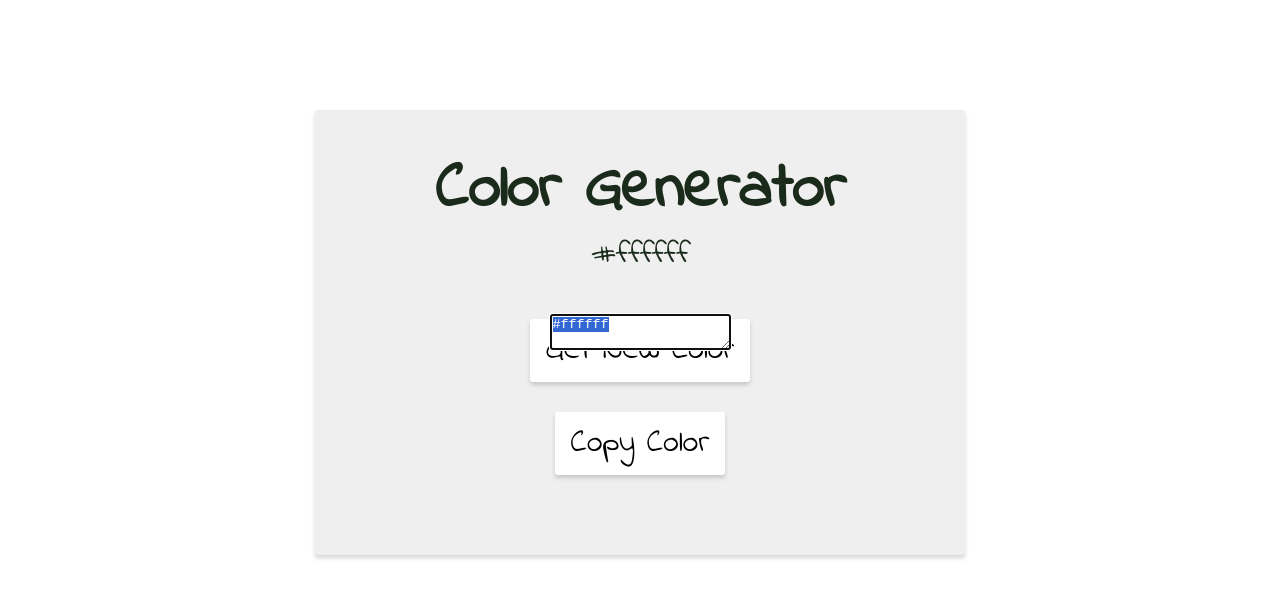
Repository: codimis/JSB-01-Color-Changer
Page: index.html
These files come from the project's save history. The page is drawn as it stood at one moment and after the next save; the edit follows.
The browser window is 1280 px wide. The pictures show the whole page.
After loading, the first visible `#copyColor` was clicked once.

Above is the page before, as saved 2021-09-17 02:25:40.

### index.html
<!DOCTYPE html>
<html lang="en">
<head>
    <meta charset="UTF-8">
    <meta http-equiv="X-UA-Compatible" content="IE=edge">
    <meta name="viewport" content="width=device-width, initial-scale=1.0">
    <title>Color Generator</title>
    <link rel="stylesheet" href="style.css" />
    <script defer src="color.js"></script>
</head>
<body>
    <div class="container">
        <h1>Color Generator</h1>
        <p id="currentColor">#ffffff</p>
        <button id="pickColor" onclick="setColor()">Get New Color</button>
        <button id="copyColor" onclick="copyColor()">Copy Color</button></div>
</body>
</html>

### style.css
@import url('https://fonts.googleapis.com/css2?family=Indie+Flower&display=swap');

:root {
    --color-dark: #1b2b1b;
    --color-light: #efefef;
}

body {
    color: var(--color-dark);
    display: grid;
    font-family: "Indie Flower", sans-serif;
    font-size: 2.5rem;
    min-height: 90vh;
    min-width: 90vw;
    place-items: center;
}

.container {
    align-items: center;
    background-color: var(--color-light);
    border-radius: 3px;
    box-shadow: 0 3px 4px rgba(50, 50, 50, .2);
    display: flex;
    flex-direction: column;
    padding: 2em 3em;
    position: relative;
}

.alert {
    position: absolute;
    top: -50px;
    background-color: var(--color-light);
    padding: 8px 12px;
    box-shadow: 0 3px 4px rgba(50, 50, 50, .2);
}

.alert::after {
    border-color: var(--color-light) transparent transparent transparent;
    border-style: solid;
    border-width: 7px 7px 0 7px;
    bottom: -7px;
    content: "";
    left: 50%;
    position: absolute;
    transform: translateX(-50%);
}

h1 {
    font-size: 4rem;
    line-height: 1px;
    margin: 0;
    padding: 0;
}

#currentColor {
    text-align: center;
    font-size: 2rem;
    line-height: 2;
}

#pickColor, #copyColor {
    border: 0;
    outline: 0;
    background-color: #fff;
    font-family: "Indie Flower",sans-serif;
    font-size: 2rem;
    padding: 8px 16px;
    cursor: pointer;
    border-radius: 3px;
    box-shadow: 0 3px 4px rgba(50, 50, 50, .2);
}

#copyColor {
    margin-top: 30px;
}

#pickColor:active, #copyColor:active {
    box-shadow: none;
    color: var(--color-dark);
 }

### color.js
const currentColor = document.querySelector('#currentColor')
const container = document.querySelector('.container')
const body = document.body

const getHex = () => {
    let color = '#'
    let primaryColorNumber = 3
    let randomRGBNumber
    for( let i= 1;i<=primaryColorNumber;i++){
        randomRGBNumber = Math.round(Math.random()*255)
        if(randomRGBNumber.length==1){
            randomRGBNumber= "0"+randomRGBNumber
        }
        color += randomRGBNumber.toString(16)
    }
    return color
}

const setColor = () => {
    let color = getHex()
    currentColor.textContent= color
    currentColor.style.color = color
    body.style.backgroundColor = color
}

const copyColor = () => {
    let color = currentColor.innerText
    const tempTextArea = document.createElement('textarea')
    tempTextArea.value = color
    tempTextArea.setAttribute('readonly','')
    tempTextArea.style.position = 'absolute'
    document.body.appendChild(tempTextArea)
    tempTextArea.select()
    document.execCommand('copy')
}

After the next save:
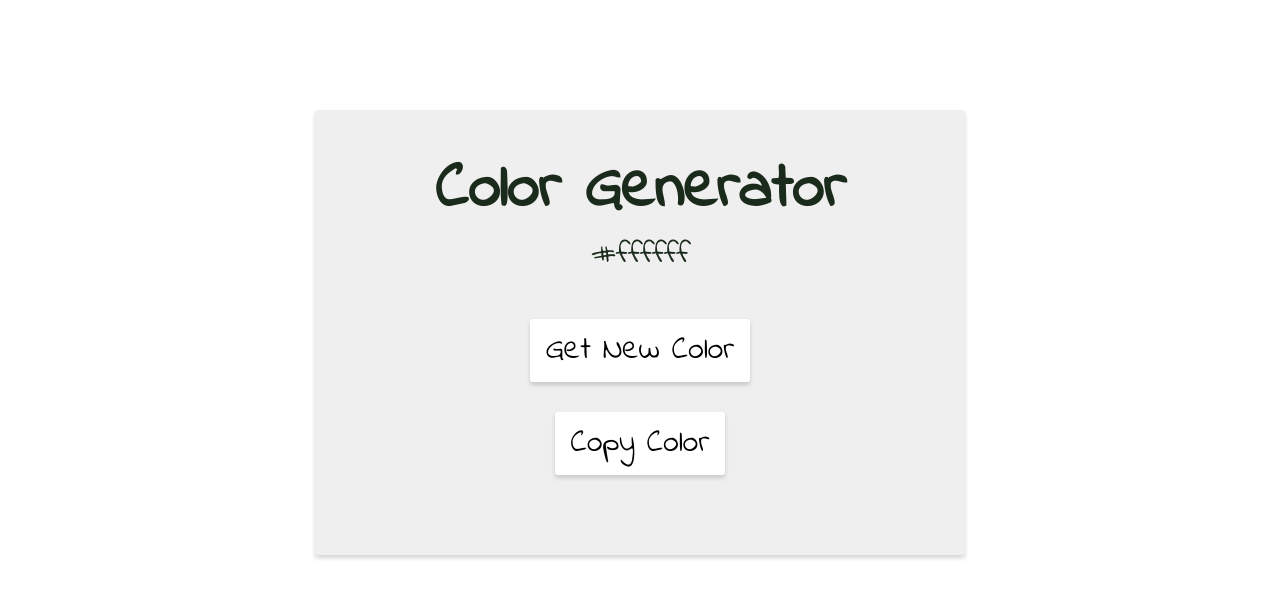
Saved 28 s later.
--- a/color.js
+++ b/color.js
@@ -32,4 +32,5 @@ const copyColor = () => {
     document.body.appendChild(tempTextArea)
     tempTextArea.select()
     document.execCommand('copy')
+    tempTextArea.remove()
 }
